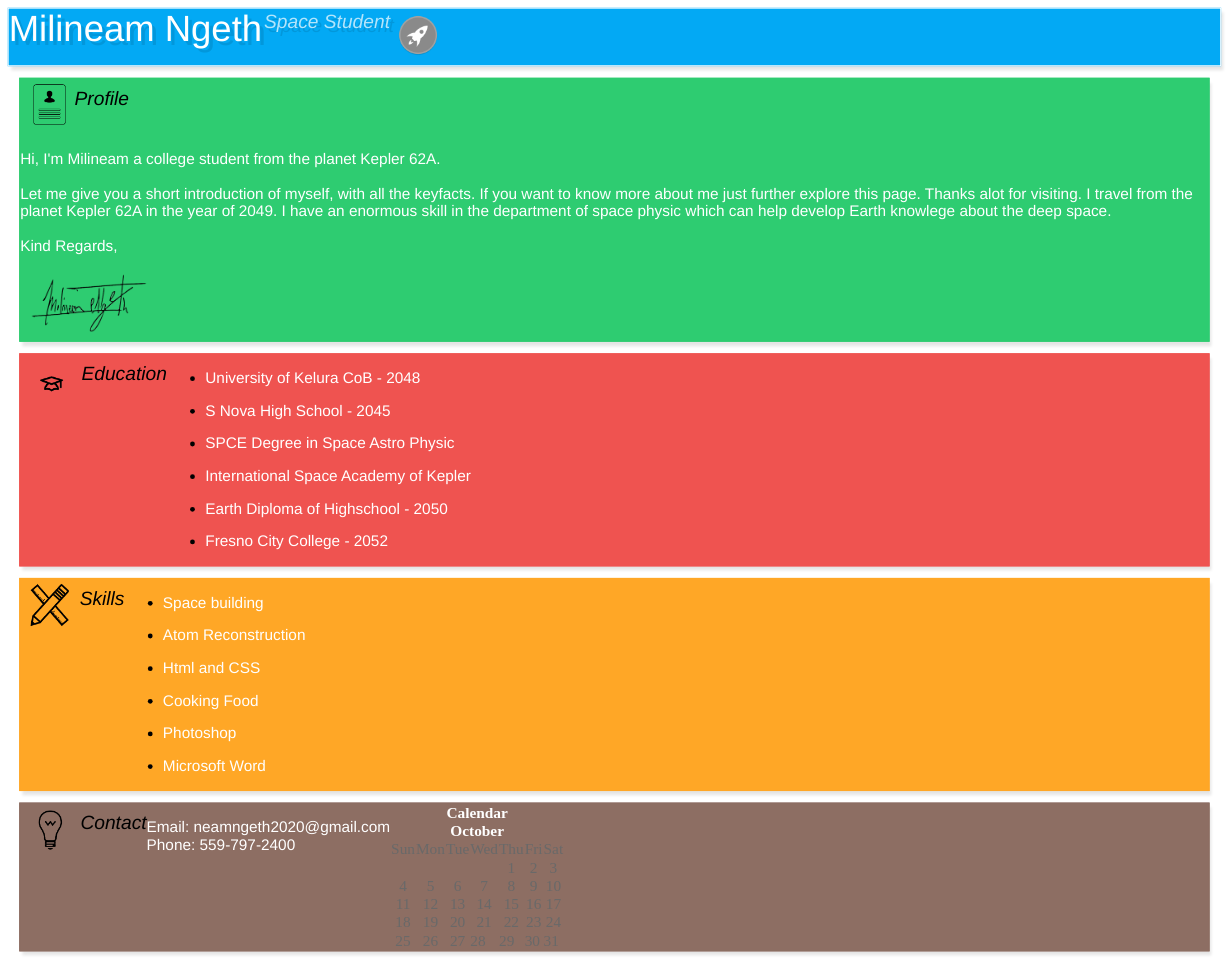
Repository: Milineam6162/workspace
Page: workspace 3/html/fourth.html
The author's editor kept a record of every edit. The page is drawn from the files as they stood at one moment, then again after the next edit.
The browser window is 1280 px wide. The pictures show the whole page, at 96% of full size.

Above is the page before.

### workspace 3/html/fourth.html
<!DOCTYPE html>
<html>
    <head>
        <title>Resume</title>
        <link rel="stylesheet" href="../css/page4.css" type="text/css" />
    </head>
    <body>
     <div class="container">
         <div class="head1">
             <p id="name">Milineam Ngeth</p>
             </div>
        <div class="head2">
             <p id="title"> Space Student</p>
             </div>
        <div>
            <img  class="allicon headimg" src="../images/icon/rocket2.png">
        </div>

     </div>
    <div class="container2">
         <div class="icon1">
             <img class="allicon" src="../images/icon/icon1.png">
        </div>
         <div>
            <p class="idea">Profile</p>
        </div>
        <div>
            <p class="bodytext"> Hi, I'm Milineam a college student from the planet Kepler 62A. <br> <br>Let me give you a short introduction of myself, with all the keyfacts. If you want to know more about me just further explore this page.
                        Thanks alot for visiting. I travel from the planet Kepler 62A in the year of 2049. I have an enormous skill in the department of space physic which can help develop Earth knowlege about the deep space.<br><br>Kind Regards, </p>
                        <img id="sign" src="../images/signature.png"></img>
        </div>

     </div>
     <div class="container3">
         <div class="icon1">
             <img class="allicon" src="../images/icon/edu.png">
        </div>
         <div>
            <p class="idea">Education</p>
        </div>
        <div>
            <div>
                <ul>
                    <li><p>University of Kelura CoB - 2048</p></li>
                    <li><p>S Nova High School - 2045</p></li>
                    <li><p>SPCE Degree in Space Astro Physic</p></li>
                    <li><p>International Space Academy of Kepler</p></li>
                    <li><p>Earth Diploma of Highschool - 2050</p></li>
                    <li><p>Fresno City College - 2052</p></li>
                </ul>

            </div>

        </div>

        </div>

     </div>
     <div class="container4">
         <div class="icon1">
             <img class="allicon" src="../images/icon/skills.png">
        </div>
         <div>
            <p class="idea">Skills</p>
        </div>
         <div>
                <ul>
                    <li><p>Space building</p></li>
                    <li><p>Atom Reconstruction</p></li>
                    <li><p>Html and CSS</p></li>
                    <li><p>Cooking Food</p></li>
                    <li><p>Photoshop</p></li>
                    <li><p>Microsoft Word</p></li>
                </ul>

            </div>

     </div>
     <div class="container5">
         <div class="icon1">
             <img class="allicon" src="../images/icon/light.png">
        </div>
         <div>
            <p class="idea">Contact</p>
        </div>
        <div>
            <div>
            <p class="bodytext"> Email: neamngeth2020@gmail.com <br> Phone: 559-797-2400<br></p>

        </div>



        </div>

         <div>
                <table border="0px" cellpadding="0" cellspacing="1" >
            <tr>
                <th colspan="7"> Calendar </th>

            </tr>
            <tr>
                <th colspan="7"> October </th>

            </tr>
            <tr>
                <td rowspan="1">

                 Sun</td>
                <td colspan="1" >Mon<center></center></td>
                <td rowspan="1"> <center>Tue</center></td>
                 <td rowspan="1"> Wed</td>
                  <td rowspan="1"> Thu</td>
                   <td rowspan="1"> <center>Fri</center></td>
                    <td rowspan="1"> Sat</td>
            </tr>
            <tr>
                <td rowspan="1"><span></span></td>
                <td colspan="1"><center><span></span></center></td>
                <td rowspan="1"><center></center></td>
                 <td rowspan="1"> <center></center></td>
                  <td rowspan="1"> <center>1</center></td>
                   <td rowspan="1"> <center>2</center></td>
                    <td rowspan="1"> <center>3</center></td>
            </tr>
            <tr>
                <td rowspan="1"> <center>4</center></td>

                <td rowspan="1"> <center>5</center></td>
           <td rowspan="1"> <center>6</center></td>
           <td rowspan="1"> <center>7</center></td>
           <td rowspan="1"> <center>8</center></td>
           <td rowspan="1"> <center>9</center></td>
           <td rowspan="1"> <center>10</center></td>
            </tr>
            <tr>
                <td rowspan="1"> <center>11</center></td>
                <td rowspan="1"> <center>12</center></td>
                <td rowspan="1"> <center>13</center></td>
                <td rowspan="1"> <center>14</center></td>
                <td rowspan="1"> <center>15</center></td>
                <td rowspan="1"> <center>16</center></td>
                <td rowspan="1"> <center>17</center></td>
            </tr>
            <tr>
                <td rowspan="1"> <center>18</center></td>
                <td rowspan="1"> <center>19</center></td>
                <td rowspan="1"> <center>20</center></td>
                <td rowspan="1"> <center>21</center></td>
                <td rowspan="1"> <center>22</center></td>
                <td rowspan="1"> <center>23</center></td>
                <td rowspan="1"> <center>24</center></td>
            </tr>
            <tr>
                <td rowspan="1"> <center>25</center></td>
                <td rowspan="1"> <center>26</center></td>
                <td rowspan="1"> <center>27</center></td>
                <td rowspan="1" class="day">28</td>
                <td rowspan="1"> <center></center>29</td>
                <td rowspan="1"> <center></center>30</td>
                <td rowspan="1"> <center></center>31</td>
            </tr>
        </table>

            </div>

     </div>

    </body>



</html>

### workspace 3/css/page4.css
.container {
    display:flex;
    border:1px solid #FFFFFF;
    background-color:#03A9F4;
    box-shadow: 3px 5px 3px rgba(0,0,0,0.1);
    flex-wrap:wrap;
}
.headimg {

}
.container2 {
    display:flex;
    border:1px solid #2ecc71;

    background-color:#2ecc71;
    box-shadow: 3px 5px 3px rgba(0,0,0,0.1);
    margin:12px;
    flex-wrap:wrap;
}
.container3 {
    display:flex;
    border:1px solid #EF5350;

    background-color:#EF5350;
    box-shadow: 3px 5px 3px rgba(0,0,0,0.1);
    margin:12px;
    flex-wrap:wrap;
}
.container4 {
    display:flex;
    border:1px solid #FFA726;

    background-color:#FFA726;
    box-shadow: 3px 5px 3px rgba(0,0,0,0.1);
    margin:12px;
    flex-wrap:wrap;
}
.container5 {
    display:flex;
    border:1px solid #8D6E63;

    background-color:#8D6E63;
    box-shadow: 3px 5px 3px rgba(0,0,0,0.1);
    margin:12px;
    flex-wrap:wrap;
}
#name {
    font-family:helvetica;
    font-size:38px;
    margin:0px;
     text-shadow: 4px 4px 0 rgba(0,0,0,0.1);
     color:#FFFFFF;
}
#title {
    font-family:helvetica;
    font-style:italic;
    font-size:20px;
    margin:2px;
     text-shadow: 4px 4px 0 rgba(0,0,0,0.1);
     color:#B3E5FC;
}
.allicon {
    height:45px;
    margin:5px;
}
.idea {
   font-family:helvetica;
    font-style:italic;
    font-size:20px;
    margin-top:9px;
    color:black;

}
.bodytext {
    font-family:helvetica
    color:white;
}
p {
    font-family:helvetica;
    color:white;

}
#sign {
    height:70px;
}
table {
	color:#696969;
}
th {
	color:white;
}
 tr {
	text-decoration:underline
	text-align: center;
}

After the next edit:
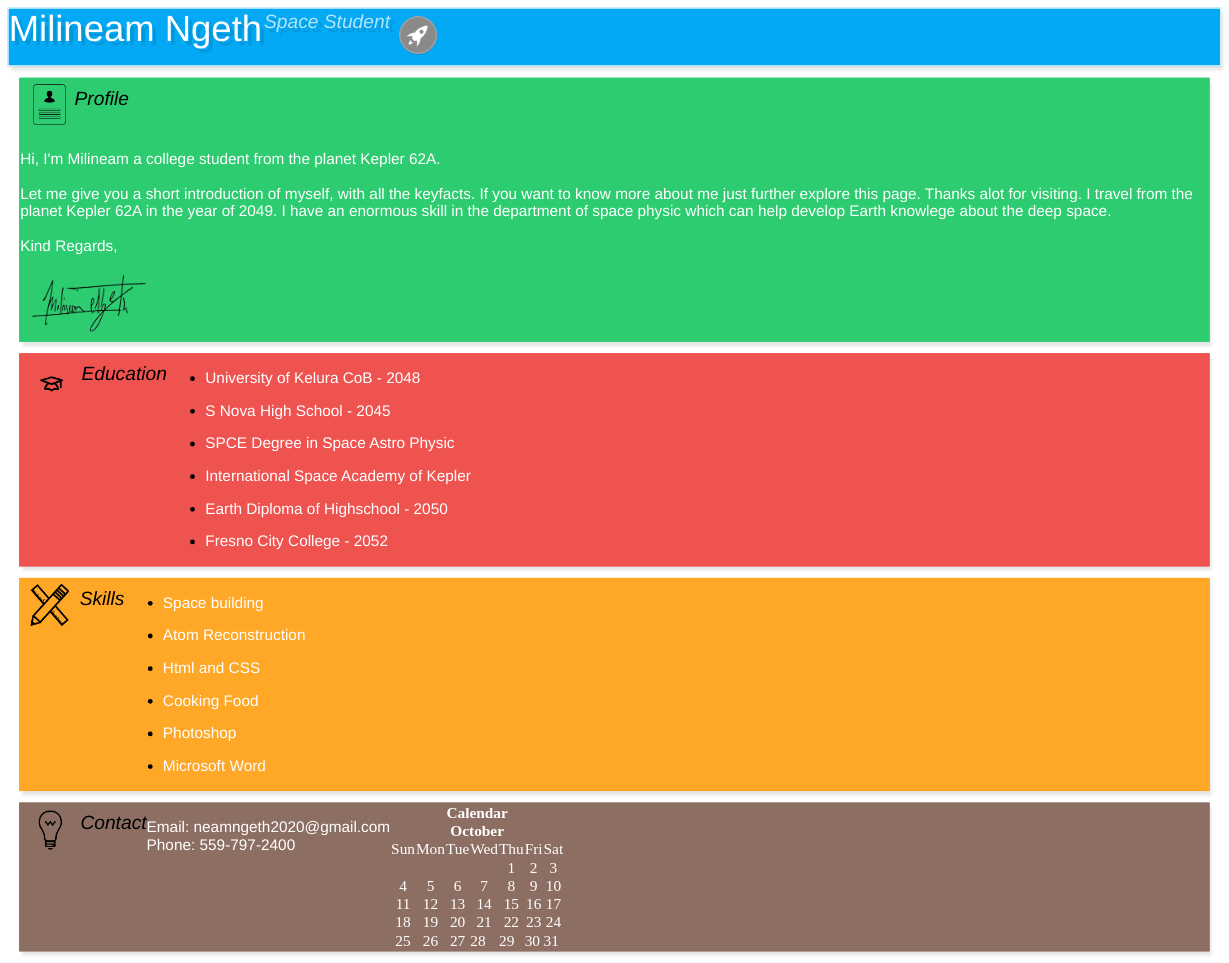
The edit:
--- a/workspace 3/css/page4.css
+++ b/workspace 3/css/page4.css
@@ -84,7 +84,7 @@
     height:70px;
 }
 table {
-	color:#696969;
+	color:white;
 }
 th {
 	color:white;
